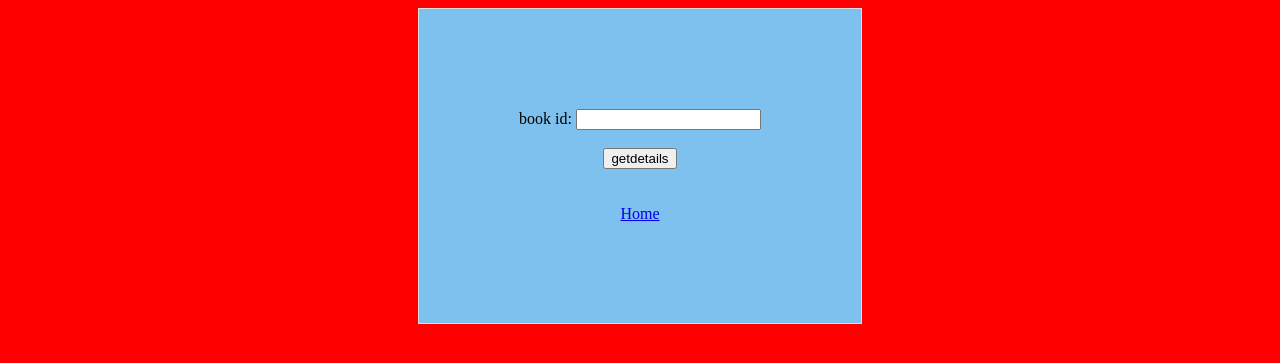
Repository: Saikumar6901/DBSTrainingModules
Page: http://localhost/Bookmanagement/updatefile.jsp
These files come from the project's save history. The page is drawn as it stood at one moment and after the next save; the edit follows.
The browser window is 1280 px wide. The pictures show the whole page.
The page is served by Tomcat 9.

Above is the page before, as saved 2019-08-12 15:22:05.

After the next save:
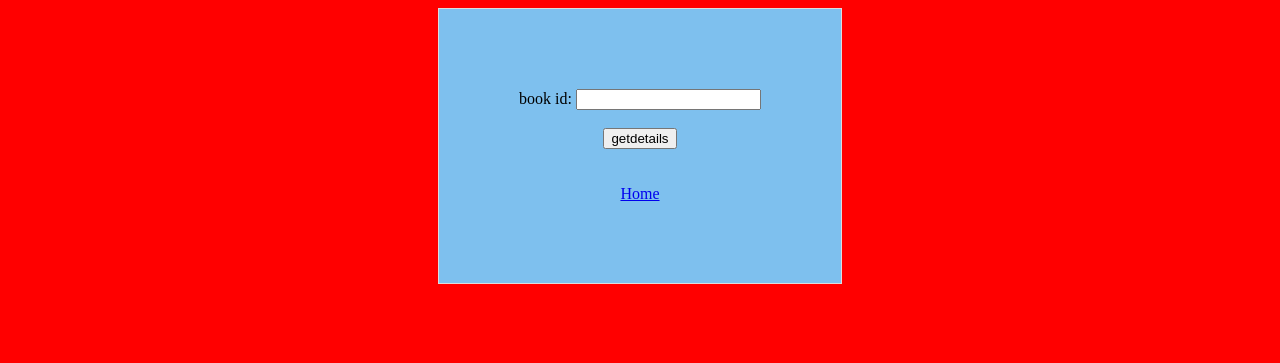
Saved 11 s later.
--- a/eclipse/Bookmanagement/WebContent/updatefile.jsp
+++ b/eclipse/Bookmanagement/WebContent/updatefile.jsp
@@ -11,7 +11,7 @@ background-color:#ff0000;}
 .updateform{
   border: 1px solid #dddddd;
   text-align: left;
-  padding: 100px;
+  padding: 80px;
   background-color:#7ec0ee;
   display: inline-block;
 }
